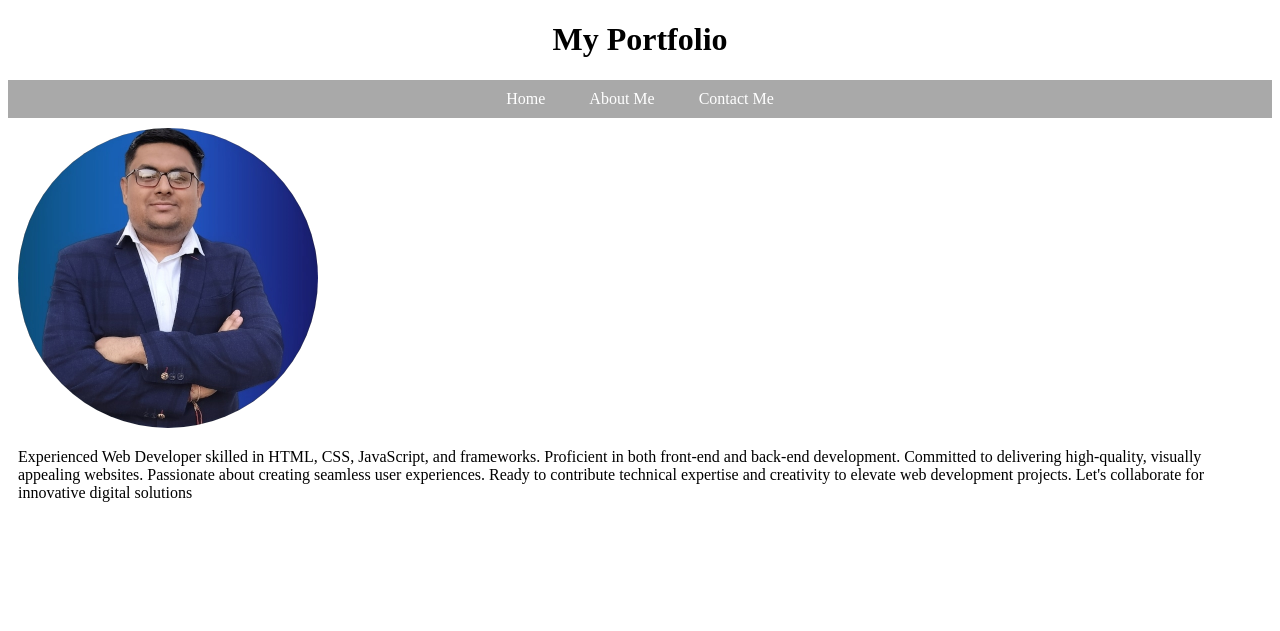
Repository: harshitanthal1/my_portfolio
Page: index.html
An editor plug-in stored every save of this project. The page is shown before and after the next save, followed by the edit.
The browser window is 1280 px wide. The pictures show the whole page.

Above is the page before, as saved 2024-02-02 13:18:34.

### index.html
<!DOCTYPE html>
<html lang="en">
<head>
    <meta charset="UTF-8">
    <meta name="viewport" content="width=device-width, initial-scale=1.0">
    <title>My Portfolio</title>
    <link rel="stylesheet" href="styles/styles.css" />
</head>
<body>
    <header><h1>My Portfolio</h1></header>
    <nav>
        <li><a href="index.html" target="_blank">Home</a></li>
        <li><a href="aboutme.html" target="_blank" >About Me</a></li>
        <li><a href="contactme.html" target="_blank" >Contact Me</a></li>
    </nav>
    <div id="profile">
        <img src="images/my_pic.jpg" width="300px" alt="Avatar" />
        <p>
            Experienced Web Developer skilled in HTML, CSS, JavaScript, and frameworks. Proficient in both front-end and back-end development. Committed to delivering high-quality, visually appealing websites. Passionate about creating seamless user experiences. Ready to contribute technical expertise and creativity to elevate web development projects. Let's collaborate for innovative digital solutions
        </p>
    </div>
</body>
</html>

### styles/styles.css
header {
    text-align: center;
}

nav {
    background-color: darkgrey;
    color: white;
    padding: 10px;
    text-align: center;
}

li {
    display: inline;
    margin-right: 20px;
    margin-left: 20px;
}

a {
    text-decoration: none;
    color: white;
}

#profile {
    padding: 10px;
}

img {
    border-radius: 50%;
}

After the next save:
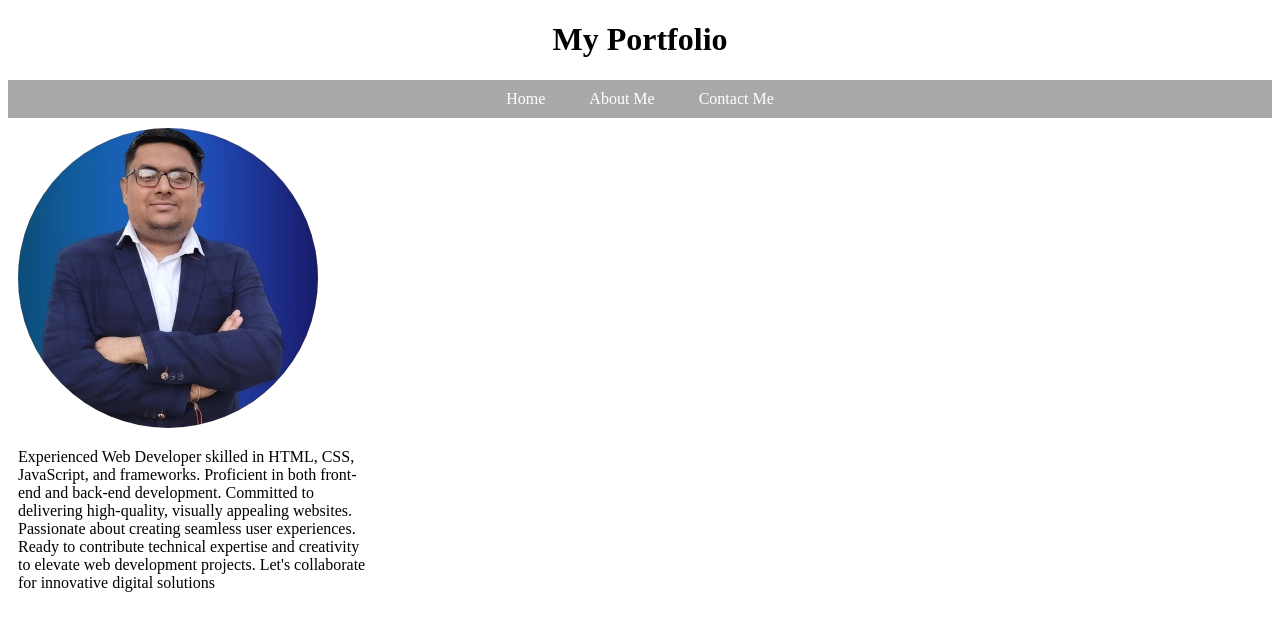
Saved 52 s later.
--- a/styles/styles.css
+++ b/styles/styles.css
@@ -22,6 +22,7 @@ a {
 
 #profile {
     padding: 10px;
+    width: 350px;
 }
 
 img {
